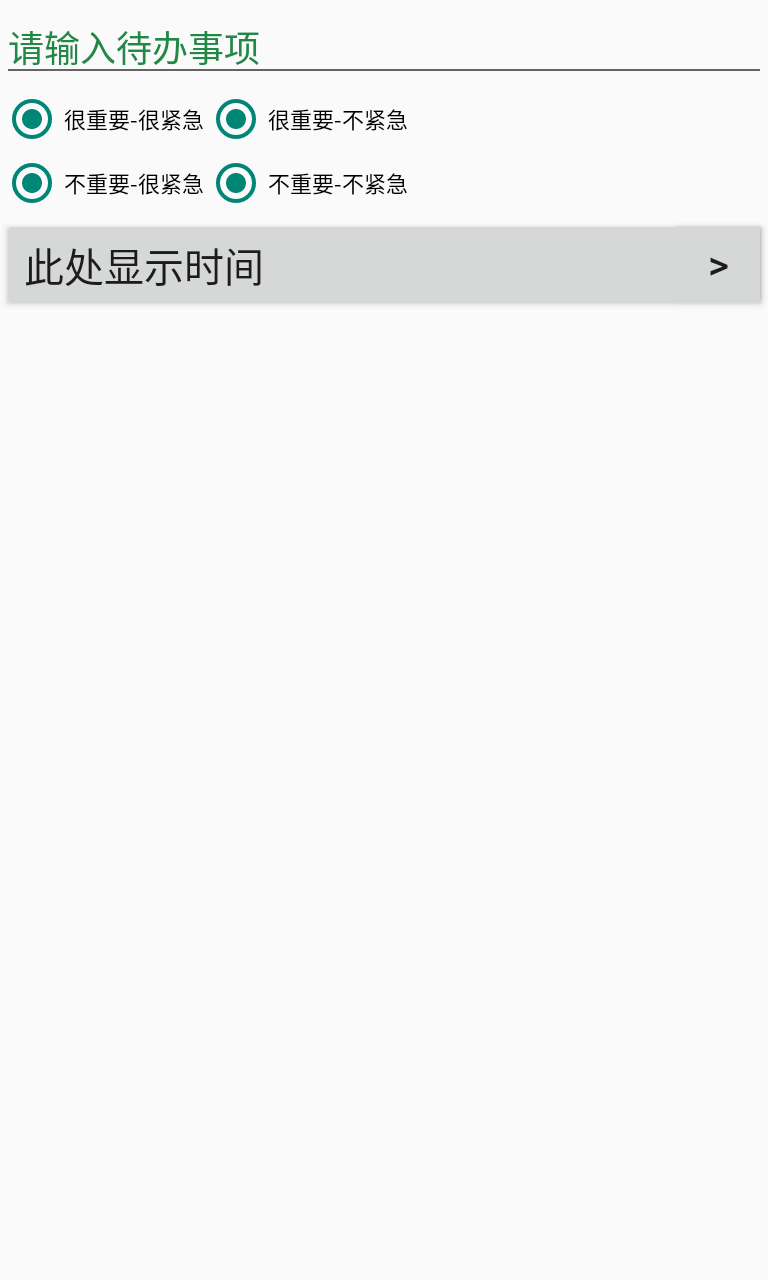
Repository: sh-zh-en/NBTodo
Layout: nbtodo/NBTodo/res/layout/addition_task_layout.xml
The author's editor kept a copy of each file at every save. The layout is drawn from the files as they stood at one save, then again after the next save.
It is drawn on a 768 x 1280 px phone screen (xhdpi) without system bars, with theme AppTheme; the app's code is not run.

Above is the layout before, as saved 2015-02-12 18:20:14.

After the next save:
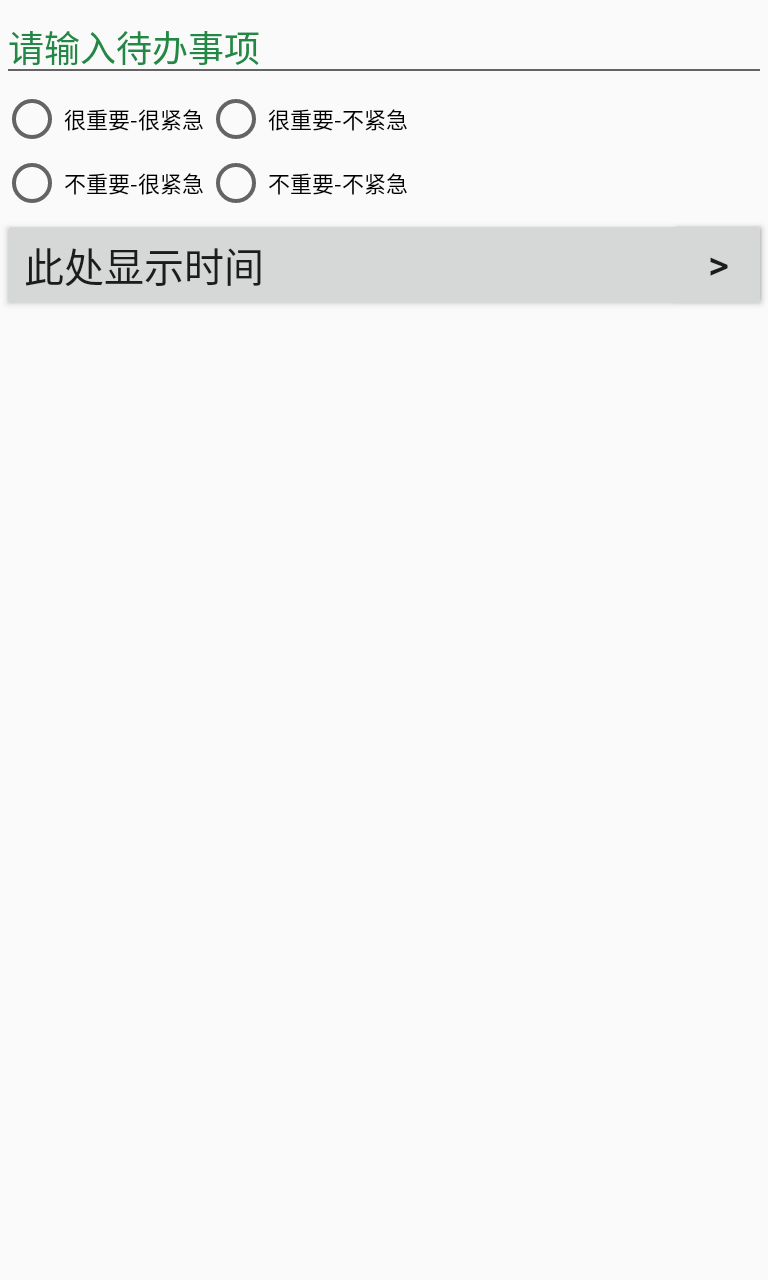
Saved 18 days later.
--- a/nbtodo/NBTodo/res/layout/addition_task_layout.xml
+++ b/nbtodo/NBTodo/res/layout/addition_task_layout.xml
@@ -35,7 +35,7 @@
 	            android:gravity="center"
 	            android:text="@string/addition_task_layout_radiobutton01"
 	            android:textSize="11.0sp"
-	            android:checked="true"
+	            android:checked="false"
 	            />
 
 	        <RadioButton
@@ -47,7 +47,7 @@
 	            android:text="@string/addition_task_layout_radiobutton02"
 	            android:textColor="@android:color/black"
 	            android:textSize="11.0sp"
-	            android:checked="true"
+	            android:checked="false"
 	            />
 
 		</LinearLayout>
@@ -61,24 +61,24 @@
 	            android:id="@+id/radiobutton3"
 	            android:layout_width="wrap_content"
 	            android:layout_height="wrap_content"
-	            android:layout_weight="2"
+	            android:layout_weight="1"
 	            android:gravity="center"
 	            android:text="@string/addition_task_layout_radiobutton03"
 	            android:textColor="@android:color/black"
 	            android:textSize="11.0sp"
-	            android:checked="true"
+	            android:checked="false"
 	             />
 
 	        <RadioButton
 	            android:id="@+id/radiobutton4"
 	            android:layout_width="wrap_content"
 	            android:layout_height="wrap_content"
-	            android:layout_weight="0"
+	            android:layout_weight="2"
 	            android:gravity="center"
 	            android:text="@string/addition_task_layout_radiobutton04"
 	            android:textColor="@android:color/black"
 	            android:textSize="11.0sp"
-	            android:checked="true"
+	            android:checked="false"
 	           />
 
 
